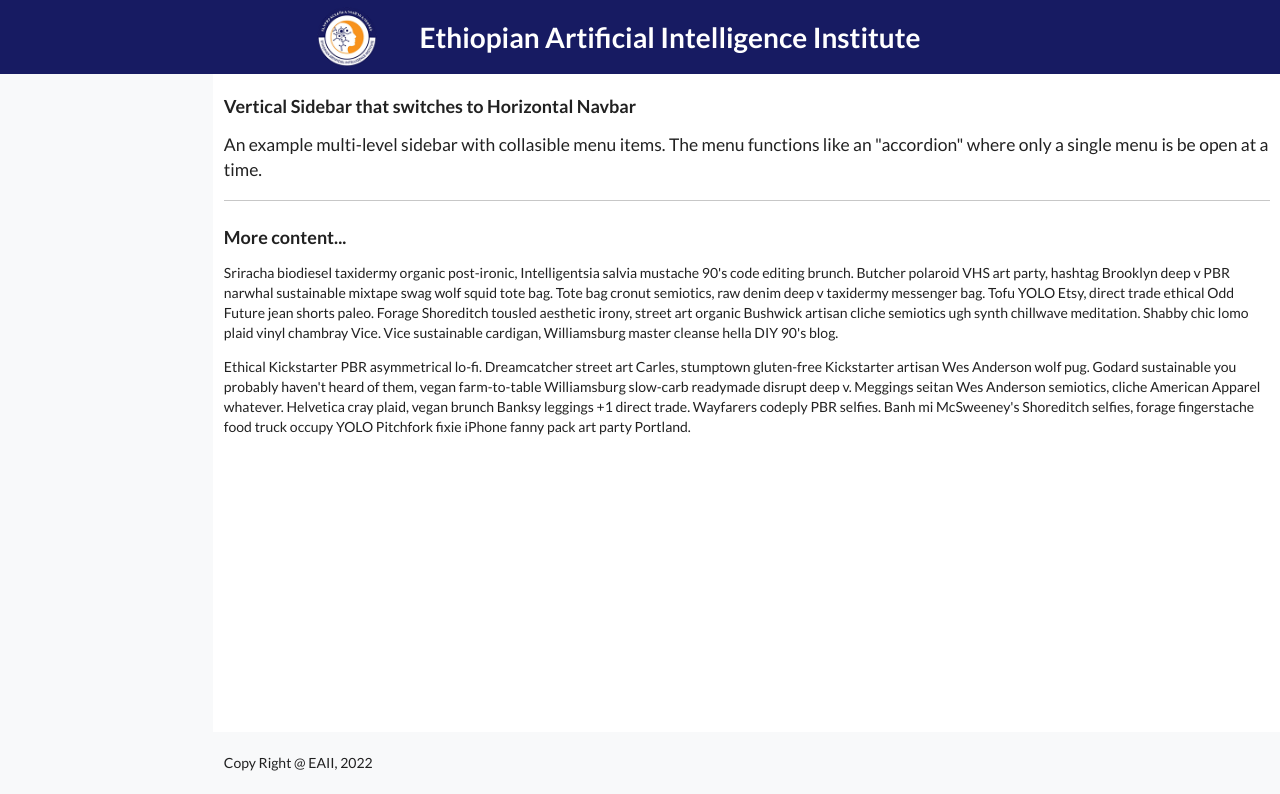
Repository: degagawolde/lung-disease-detection-webapp
Page: http://localhost/
The author's editor kept a copy of each file at every save. The page is drawn from the files as they stood at one save, then again after the next save.
The browser window is 1280 px wide. The pictures show the whole page.
Some web libraries are served in a nearby version. The page is served by the project's application, run on Django 4.2 (manage.py). Other server files are loaded and not shown.

Above is the page before, as saved 2022-09-25 17:34:51.

### templates/index.html
<!DOCTYPE html>
{% load static %}
<link
rel = "stylesheet"
type = "text/css"
href = "{% static '/bootstrap/css/bootstrap.min.css' %}"
/>
<html lang="en">
<head>
    <style>
        @media (min-width: 576px) {
            .h-sm-100 {
                height: 100%;
            }
        }
    </style>
    <!-- Required meta tags -->
    <meta charset="utf-8">
    <meta name="viewport" content="width=device-width, initial-scale=1, shrink-to-fit=no">
    <!-- semantic UI -->
    <link rel="stylesheet" type='text/css'
        href="https://cdnjs.cloudflare.com/ajax/libs/semantic-ui/2.2.14/semantic.min.css">
    <!--Chart js-->
    <script src="https://cdnjs.cloudflare.com/ajax/libs/Chart.js/2.8.0/Chart.min.js"
        integrity="sha256-Uv9BNBucvCPipKQ2NS9wYpJmi8DTOEfTA/nH2aoJALw=" crossorigin="anonymous"></script>
    <link rel="stylesheet" href="https://cdnjs.cloudflare.com/ajax/libs/Chart.js/2.8.0/Chart.min.css"
        integrity="sha256-aa0xaJgmK/X74WM224KMQeNQC2xYKwlAt08oZqjeF0E=" crossorigin="anonymous" />
    <!-- jQuery -->
    <script src="https://code.jquery.com/jquery-3.3.1.min.js"></script>
</head>
<body>

    <nav class="navbar justify-content-center" style="background-color: #171b62;">
        <img src="{% static 'images/logo.png' %}" width="60" height="60" class="d-inline-block align-top" alt="">
    <div class="px-5">
        <h1 style="color: white;">Ethiopian Artificial Intelligence Institute</h1>
    </div>
    </nav>
    <div class="container-fluid overflow-hidden">
    <div class="row vh-100 overflow-auto">
        <div class="col-12 col-sm-3 col-xl-2 px-sm-2 px-0 bg-light d-flex sticky-top">

        </div>
        <div class="col d-flex flex-column h-sm-100">
            <main class="row overflow-auto">
                <div class="col pt-4">
                    <h3>Vertical Sidebar that switches to Horizontal Navbar</h3>
                    <p class="lead">An example multi-level sidebar with collasible menu items. The menu functions like an "accordion" where only a single menu is be open at a time.</p>
                    <hr />
                    <h3>More content...</h3>
                    <p>Sriracha biodiesel taxidermy organic post-ironic, Intelligentsia salvia mustache 90's code editing brunch. Butcher polaroid VHS art party, hashtag Brooklyn deep v PBR narwhal sustainable mixtape swag wolf squid tote bag. Tote bag cronut semiotics, raw denim deep v taxidermy messenger bag. Tofu YOLO Etsy, direct trade ethical Odd Future jean shorts paleo. Forage Shoreditch tousled aesthetic irony, street art organic Bushwick artisan cliche semiotics ugh synth chillwave meditation. Shabby chic lomo plaid vinyl chambray Vice. Vice sustainable cardigan, Williamsburg master cleanse hella DIY 90's blog.</p>
                    <p>Ethical Kickstarter PBR asymmetrical lo-fi. Dreamcatcher street art Carles, stumptown gluten-free Kickstarter artisan Wes Anderson wolf pug. Godard sustainable you probably haven't heard of them, vegan farm-to-table Williamsburg slow-carb readymade disrupt deep v. Meggings seitan Wes Anderson semiotics, cliche American Apparel whatever. Helvetica cray plaid, vegan brunch Banksy leggings +1 direct trade. Wayfarers codeply PBR selfies. Banh mi McSweeney's Shoreditch selfies, forage fingerstache food truck occupy YOLO Pitchfork fixie iPhone fanny pack art party Portland.</p>
                </div>
            </main>
            <footer class="row bg-light py-4 mt-auto">
                <div class="col"> Copy Right @ EAII, 2022 </div>
            </footer>
        </div>
    </div>
</div>
     {% block content %}
     {% endblock %}
</body>
</html>

### DiseaseClassification/views.py
from django.http import HttpResponse
from django.shortcuts import render
from datetime import datetime
# Create your views here.

import re

def home(request):
    return render(request,'index.html')

def hello_there(request, name):
    return render(
        request,
        'hello.html',
        {
            'name': name,
            'date': datetime.now()
        }
    )

### LungDiseaseDetection/urls.py
"""LungDiseaseDetection URL Configuration

The `urlpatterns` list routes URLs to views. For more information please see:
    https://docs.djangoproject.com/en/4.0/topics/http/urls/
Examples:
Function views
    1. Add an import:  from my_app import views
    2. Add a URL to urlpatterns:  path('', views.home, name='home')
Class-based views
    1. Add an import:  from other_app.views import Home
    2. Add a URL to urlpatterns:  path('', Home.as_view(), name='home')
Including another URLconf
    1. Import the include() function: from django.urls import include, path
    2. Add a URL to urlpatterns:  path('blog/', include('blog.urls'))
"""
from django.contrib.staticfiles.urls import staticfiles_urlpatterns

from django.contrib import admin
from django.urls import path

from django.contrib import admin
from django.urls import include, path

urlpatterns = [
    path("", include("DiseaseClassification.urls")),
    path('admin/', admin.site.urls)
]

urlpatterns += staticfiles_urlpatterns()

### DiseaseClassification/urls.py
from django.urls import path
from DiseaseClassification import views

urlpatterns = [
    path("", views.home, name="home"),
    path("classify/<name>",views.hello_there,name='classification')
]

Loaded but not shown: static/bootstrap/css/bootstrap.min.css (library)

After the next save:
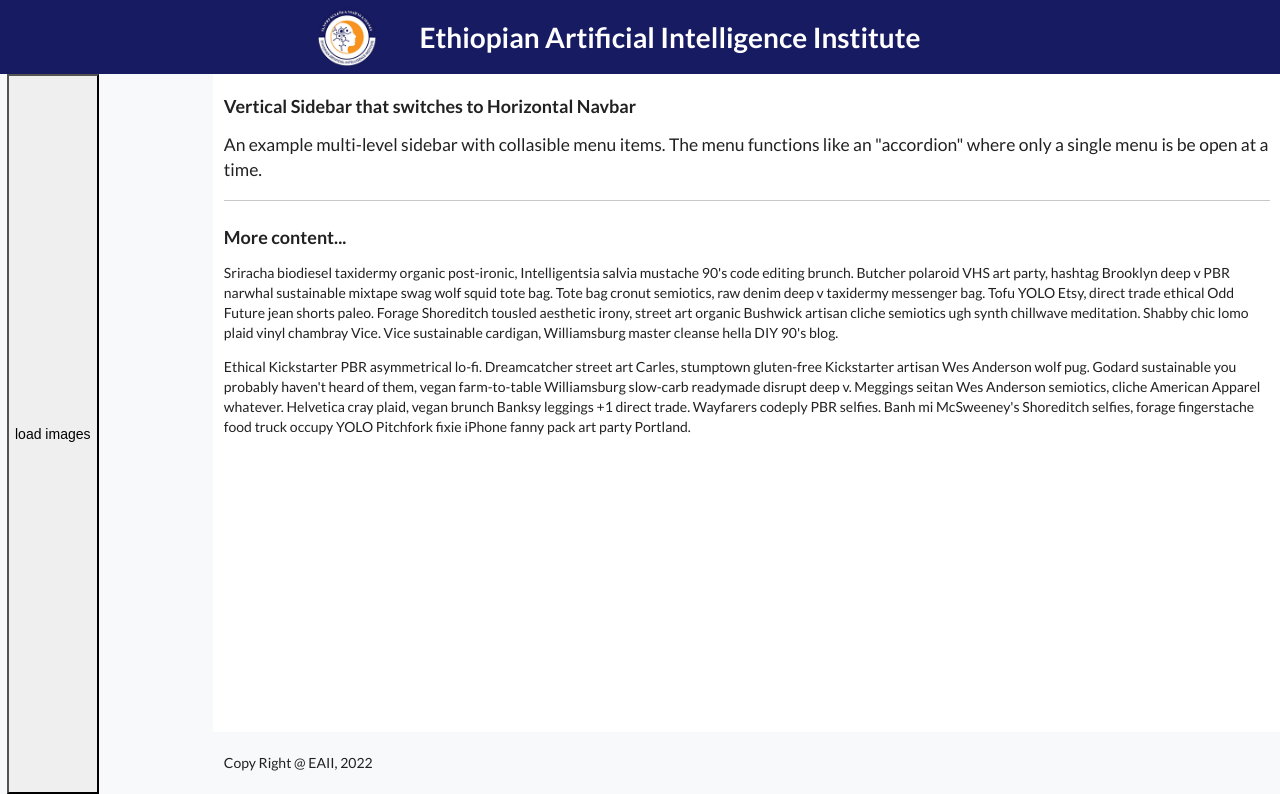
Saved 3 min 43 s later.
--- a/templates/index.html
+++ b/templates/index.html
@@ -39,7 +39,7 @@
     <div class="container-fluid overflow-hidden">
     <div class="row vh-100 overflow-auto">
         <div class="col-12 col-sm-3 col-xl-2 px-sm-2 px-0 bg-light d-flex sticky-top">
-
+            <button> load images</button>
         </div>
         <div class="col d-flex flex-column h-sm-100">
             <main class="row overflow-auto">

After the save that followed:
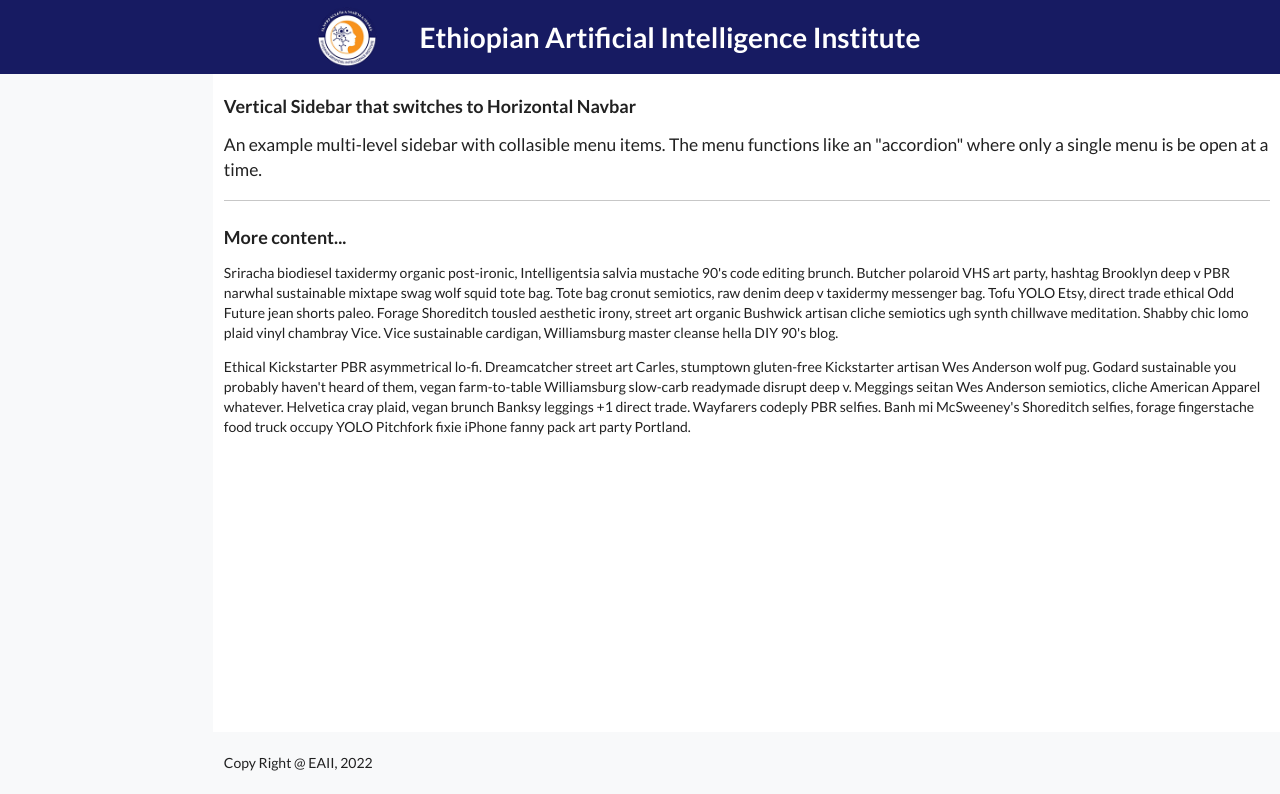
Saved 20 s later.
--- a/templates/index.html
+++ b/templates/index.html
@@ -39,7 +39,7 @@
     <div class="container-fluid overflow-hidden">
     <div class="row vh-100 overflow-auto">
         <div class="col-12 col-sm-3 col-xl-2 px-sm-2 px-0 bg-light d-flex sticky-top">
-            <button> load images</button>
+
         </div>
         <div class="col d-flex flex-column h-sm-100">
             <main class="row overflow-auto">
